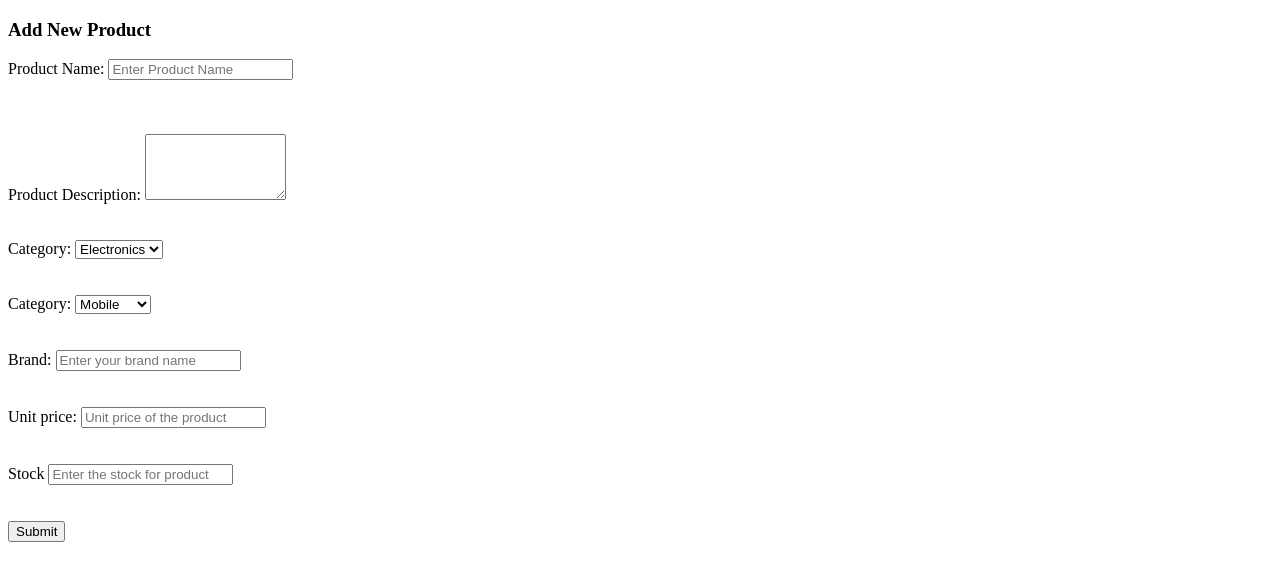
Repository: mihirhpanchal/Java-OnlineShopping
Page: onlineshopping/onlineshopping/src/main/webapp/regproduct.html
The author's editor kept a copy of each file at every save. The page is drawn from the files as they stood at one save, then again after the next save.
The browser window is 1280 px wide. The pictures show the whole page.

Above is the page before, as saved 2019-11-19 11:00:13.

### onlineshopping/onlineshopping/src/main/webapp/regproduct.html
<!DOCTYPE html>
<html>
<head>
<meta charset="ISO-8859-1">
<title>Product Registration</title>
</head>
<body>

<h3>Add New Product</h3>

<div class="container">
  <form action="addproduct.do" method="post">
 	<label >Product Name: </label>
    <input type="text" id="product_name" name="product_name" placeholder="Enter Product Name">
    <br><br><br><br>
    <label >Product Description: </label>
    <textarea rows="4" cols="15" name="product_description"></textarea>
    <br><br><br>
    <label >Category: </label>
    <select name="category">
      <option value="Electronics">Electronics</option>
      <option value="Fashion">Fashion</option>
      <option value="Health">Health</option>
    </select>
    <br><br><br>
    <label >Category: </label>
    <select name="category">
      <option value="Mobile">Mobile</option>
      <option value="Shoes">Shoes</option>
      <option value="Medicine">Medicine</option>
    </select>
	<br><br><br>
    <label >Brand: </label>
    <input type="text" id="brand" name="brand" placeholder="Enter your brand name">
    <br><br><br>
    <label >Unit price: </label>
    <input type="text" id="unit_price" name="unit_price" placeholder="Unit price of the product">
    <br><br><br>
    <label >Stock </label>
    <input type="text" id="quantity" name="quantity" placeholder="Enter the stock for product">
    <br><br><br>
    <input type="submit" value="Submit">
  </form>
</div>

</body>
</html>

After the next save:
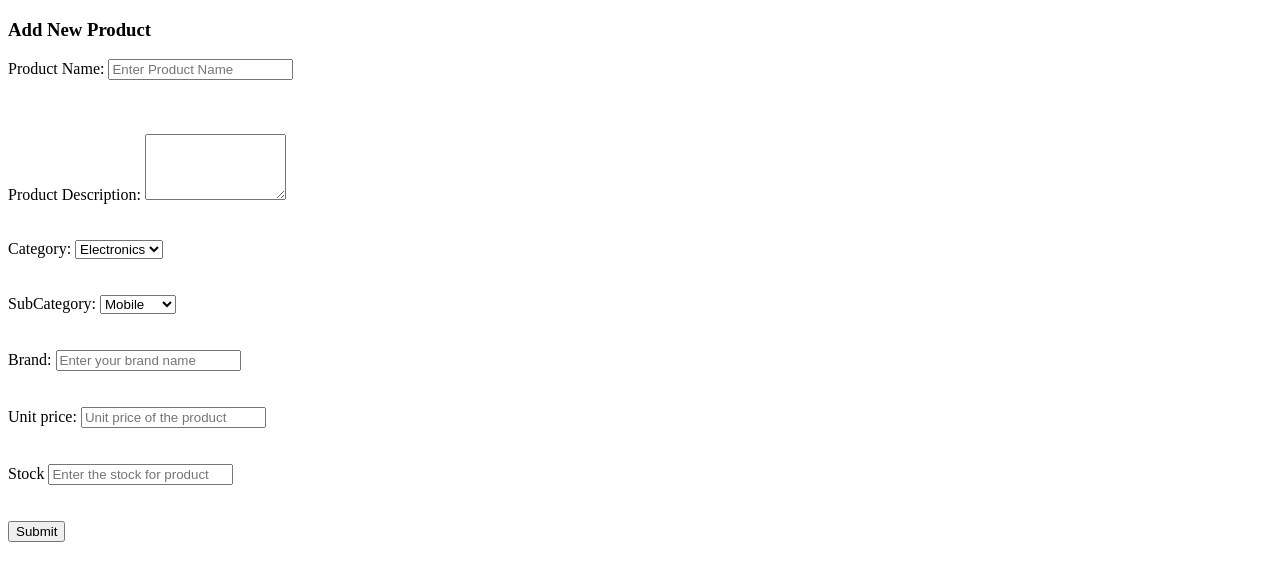
Saved 39 s later.
--- a/onlineshopping/onlineshopping/src/main/webapp/regproduct.html
+++ b/onlineshopping/onlineshopping/src/main/webapp/regproduct.html
@@ -23,8 +23,8 @@
       <option value="Health">Health</option>
     </select>
     <br><br><br>
-    <label >Category: </label>
-    <select name="category">
+    <label >SubCategory: </label>
+    <select name="subcategory">
       <option value="Mobile">Mobile</option>
       <option value="Shoes">Shoes</option>
       <option value="Medicine">Medicine</option>
